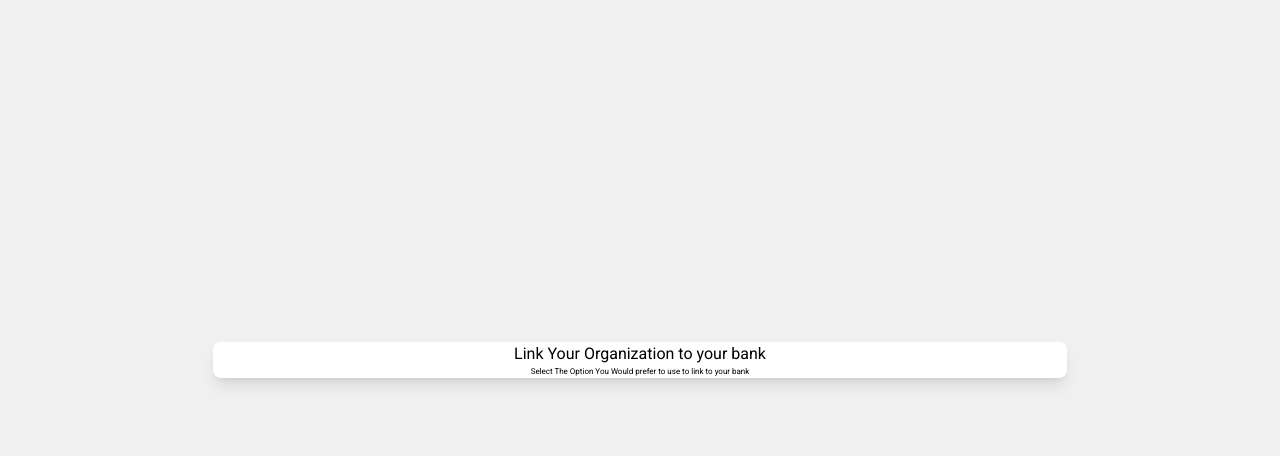
Repository: Nathan-spec/link_to_org
Page: /
The author's editor kept a copy of each file at every save. The page is drawn from the files as they stood at one save, then again after a run of saves.
The browser window is 1280 px wide. The pictures show the whole page.
The project was rebuilt for these pictures with package versions that can differ from the ones it lists, and the page was loaded fresh each time. The framework's server and built-in components were replaced by stand-ins that run in the browser. Also part of the build but not shown: next.config.ts.

Above is the page before, as saved 2024-10-25 13:16:41.

### app/page.tsx
import Image from "next/image";
import { Roboto } from 'next/font/google'

const roboto = Roboto({
  subsets: ['latin'],
  weight: '400',
})
export default function Home() {
  return (
    // Background div
    <div
    className={`w-full h-screen flex items-center justify-center ${roboto.className}`}
    style={{ backgroundColor: '#f0f0f0'}}
    >
      <div className={`w-3/4  md:w-2/3 lg: bg-white rounded-lg shadow-lg`}>
      {/* Inner card component */}
      <h1 style={{fontSize: '16px', color: 'black', textAlign: 'center', }}>
        Link Your Organization to your bank
      </h1>
      <h2 style={{fontSize: '8px', color: 'black', textAlign: 'center', }}>
         Select The Option You Would prefer to use to link to your bank
      </h2>
      </div>
    </div>
  );
}

Loaded but not shown: app/layout.tsx (common file); app/globals.css (common file); tailwind.config.ts (common file)

After the next 2 saves:
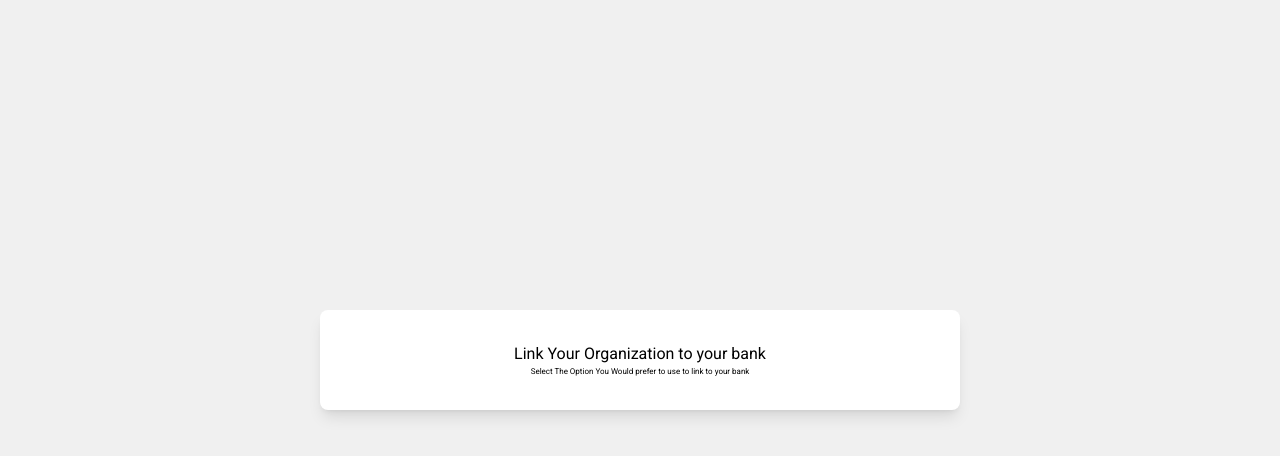
The 2 saves are shown as one change because they came seconds apart.
The last was saved 7 s later.
--- a/app/page.tsx
+++ b/app/page.tsx
@@ -12,7 +12,7 @@ export default function Home() {
     className={`w-full h-screen flex items-center justify-center ${roboto.className}`}
     style={{ backgroundColor: '#f0f0f0'}}
     >
-      <div className={`w-3/4  md:w-2/3 lg: bg-white rounded-lg shadow-lg`}>
+      <div className={`w-3/4  md:w-2/3 lg:w-1/2 p-8 bg-white rounded-lg shadow-lg`}>
       {/* Inner card component */}
       <h1 style={{fontSize: '16px', color: 'black', textAlign: 'center', }}>
         Link Your Organization to your bank
